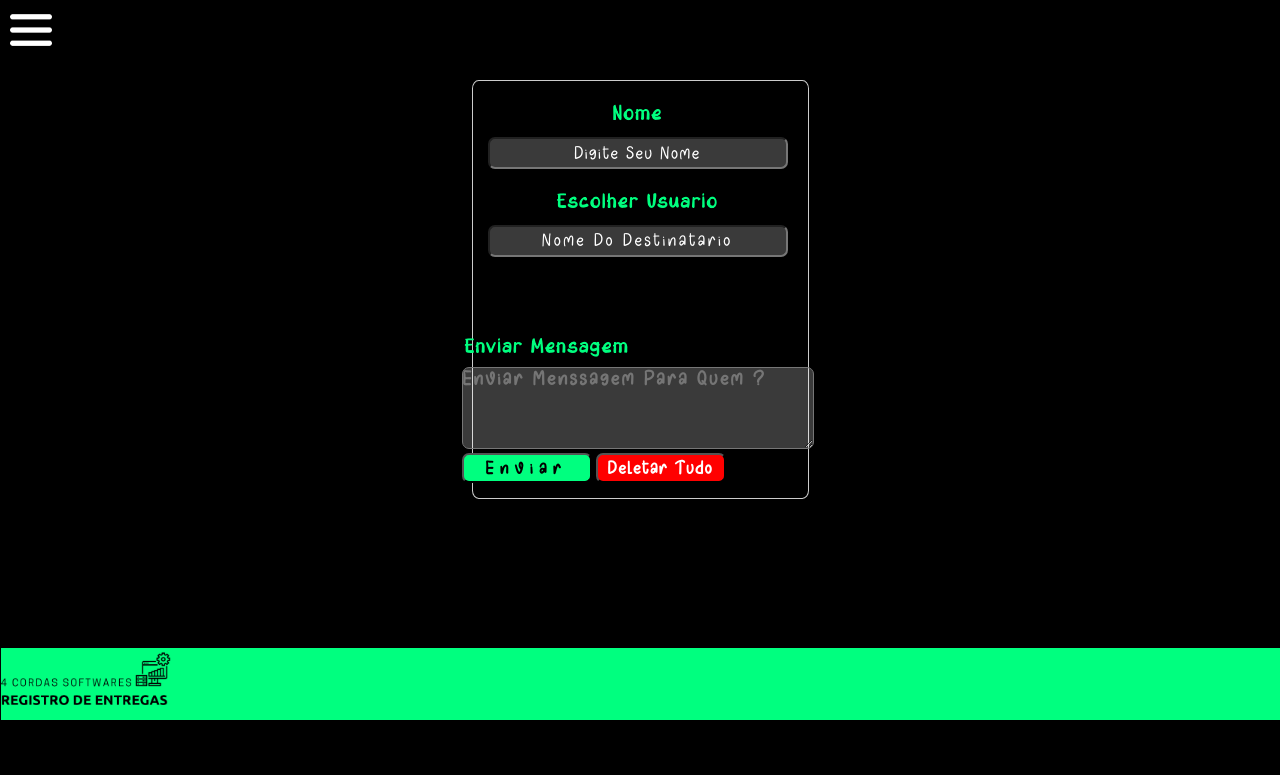
Repository: alfredo-allan/relatorioentregas
Page: pages/chatapp.html
An editor plug-in stored every save of this project. The page is shown before and after a run of saves, followed by the edit.
The browser window is 1280 px wide. The pictures show the whole page.
The page's requests for data from a server got no answer.

Above is the page before, as saved 2024-05-16 22:16:24.
Console error: TypeError: Cannot read properties of null (reading 'addEventListener')

### pages/chatapp.html
<!DOCTYPE html>
<html lang="pt-BR">
  <head>
    <meta charset="UTF-8" />
    <meta name="viewport" content="width=device-width, initial-scale=1.0" />
    <link rel="stylesheet" href="../style/mediaqueries.css" />
    <link rel="stylesheet" href="../style/styles.css" />
    <style>
      @media screen and (min-width: 800px) and (max-width: 2050px) {
        footer img {
          width: 170px;
          height: 60px;
        }
        /* Outros estilos específicos para resoluções entre 1900px e 3090px */
      }
      * {
        padding: 0;
      }

      footer {
        position: fixed;
        bottom: 0;
        width: 100%;
        background-color: #00ff7f;
        margin: 0;
        padding: 0;
        margin-left: -7px;
      }
      @media screen and (min-width: 300px) and (max-width: 600px) {
        footer {
          height: 6vh;
        }
      }

      @media screen and (min-width: 800px) and (max-width: 2050px) {
        #menu-options img {
          width: 206px;
          position: relative;
          margin: 13px;
          margin-top: -44px;
          border-bottom: 1px solid black; /* Adiciona uma linha preta na parte inferior da imagem */
        }
        #menu-options {
          width: 25%;
          height: 54vh;
        }
        footer {
          position: fixed;
          bottom: 0;
          width: 100%;
          background-color: #00ff7f;
          margin: 0;
          padding: 0;
          margin-left: -7px;
        }
      }
    </style>
    <link rel="icon" type="image/x-icon" href="../favicon.ico" />
    <title>ChatApp</title>
  </head>
  <body>
    <header id="ChatApp">
      <img id="menu-icon" src="../img/barra-de-menu.png" alt="" />
      <div id="menu-options">
        <ul>
          <span
            id="close-icon"
            style="
              color: black;
              position: absolute;
              line-height: 0;
              font-size: 30px;
              margin-top: -20px;
              cursor: pointer;
            "
            >X</span
          >
          <img src="../img/4 cordassof.png" alt="" />
          <br />
          <a href="../index.html"><li>Home</li></a>
          <a href="../cdsentregas.html"><li>Registrar Entrega</li></a>
          <a href="../pages/apagar.html"><li>Apagar Entrega</li></a>
          <a href="../pages/consultar.html"><li>Consultar Entregas</li></a>
          <a href="../pages/registrar.html"><li>Registar-Se</li></a>
          <a href="../pages/sobre.html"><li>Sobre a 4cordas</li></a>
          <a href="../pages/instrucao.html"><li>Ajuda</li></a>
        </ul>
      </div>
      <!-- <h1 id="textchat">Chat Entregas</h1> -->
      <!-- <img id="imgchat" src="../img/bater-papo.png" alt="" /> -->
    </header>
    <div id="myModal" class="modal">
      <div class="modal-content">
        <span class="close">&times;</span>
        <p>Mensagem Enviada Com Sucesso!</p>
      </div>
    </div>
    <div id="form">
      <div id="consulta" class="column">
        <span>Nome</span>
        <input id="nomeusuario" type="text" placeholder="Digite Seu Nome" />
        <span>Escolher Usuário</span>
        <input placeholder="Nome Do Destinátario" id="lstUsu" type="text" />
        <div id="msgEnviar">
      <span>Enviar Mensagem</span> <br />
      <textarea
        placeholder="Enviar Menssagem Para Quem ?"
        id="enviarMsg"
        type="text"
      ></textarea>
        <div id="btns">
          <button id="enviarmsg">Enviar</button>
          <button id="delMsg">Deletar Tudo</button>
        </div>
      </div>
    </div>
      <!-- <img id="imgEnviarmsg" src="../img/enviar-mensagem.png" alt="" /> -->
    </div>
    <footer>
      <img src="../img/4 cordassof.png" alt="" />
    </footer>
    <script>
      const inputNomeUsuario = document.getElementById("nomeusuario");

      inputNomeUsuario.addEventListener("input", () => {
        const nomeUsuario = inputNomeUsuario.value;

        fetch(`http://192.168.10.20:8033/usuarios/${nomeUsuario}`)
          .then((response) => {
            if (response.ok) {
              return response.json();
            } else {
              throw new Error("Usuário não encontrado");
            }
          })
          .then((data) => {
            console.log("Usuário encontrado:", data);
          })
          .catch((error) => {
            console.error("Erro:", error);
          });
      });
    </script>

    // Adicione este script abaixo do botão 'Selecionar' no seu HTML

    <script>
      const buttonSelecionar = document.getElementById("ctsUsu");

      buttonSelecionar.addEventListener("click", () => {
        const nomeUsuario = document.getElementById("lstUsu").value;

        fetch(`http://192.168.10.20:8033/usuarios/${nomeUsuario}`)
          .then((response) => {
            if (response.ok) {
              return response.json();
            } else {
              throw new Error("Usuário não encontrado");
            }
          })
          .then((data) => {
            console.log("Destinatário encontrado:", data);
          })
          .catch((error) => {
            console.error("Erro:", error);
          });
      });
    </script>

    // Adicione este script abaixo do botão 'Enviar' no seu HTML

    <script>
      const buttonEnviar = document.getElementById("enviarmsg");

      buttonEnviar.addEventListener("click", () => {
        const sender = document.getElementById("nomeusuario").value;
        const recipient = document.getElementById("lstUsu").value;
        const message = document.getElementById("enviarMsg").value;

        fetch("http://192.168.10.20:8033/enviar-mensagem", {
          method: "POST",
          headers: {
            "Content-Type": "application/json",
          },
          body: JSON.stringify({
            sender_username: sender,
            recipient_username: recipient,
            message: message,
          }),
        })
          .then((response) => {
            if (response.ok) {
              console.log("Mensagem enviada com sucesso");
            } else {
              throw new Error("Erro ao enviar mensagem");
            }
          })
          .catch((error) => {
            console.error("Erro:", error);
          });
      });
    </script>
    <script>
      let isTyping = false;

      // Função para verificar se o usuário está digitando
      function checkTyping() {
        const inputField = document.getElementById("enviarMsg");
        inputField.addEventListener("input", () => {
          isTyping = inputField.value.length > 0;
        });
      }

      function monitorNewMessages() {
        const nomeUsuario = document.getElementById("nomeusuario").value;

        // Lógica para buscar novas mensagens do servidor e inserir no campo msgEnviar
        fetch(`http://192.168.10.20:8033/mensagens/${nomeUsuario}`)
          .then((response) => {
            if (response.ok) {
              return response.json();
            } else {
              throw new Error("Erro ao buscar novas mensagens");
            }
          })
          .then((data) => {
            const messages = data; // Não precisamos acessar data.messages, pois a resposta do servidor já é uma lista de mensagens
            const msgEnviar = document.getElementById("msgEnviar");
            msgEnviar.innerHTML = ""; // Limpar mensagens antigas antes de adicionar as novas

            messages.forEach((message) => {
              const p = document.createElement("p");
              p.textContent = message.message; // A mensagem está no campo "message" do objeto de mensagem
              msgEnviar.appendChild(p);
            });
          })
          .catch((error) => {
            console.error("Erro ao buscar novas mensagens:", error);
          });
      }

      document.addEventListener("DOMContentLoaded", () => {
        monitorNewMessages();
      });

      // Adicionar esta função para limpar o campo de entrada após o envio de mensagem
      function limparCampoDeMensagem() {
        document.getElementById("enviarMsg").value = "";
      }
    </script>
    <script src="../script.js"></script>
  </body>
</html>

### style/mediaqueries.css
@media screen and (min-width: 300px) and (max-width: 600px) {
  footer {
    bottom: 0;
    img {
      display: none;
    }
    /* Outros estilos específicos para resoluções entre 1900px e 3090px */
  }

  @media screen and (min-width: 800px) and (max-width: 2050px) {
    footer img {
      width: 170px;
      height: 60px;
    }
  }
}

  @media screen and (min-width: 800px) and (max-width: 2050px) {
    #close-icon {
      margin-left: 250px;
    }
  }


@media screen and (min-width: 300px) and (max-width: 600px) {
  footer {
    height: 6vh;
    margin: 0;
    padding: 0;
    margin-top: 174px;
    position: absolute;
    width: 100%;
    margin-left: -7px;
  }
  #menu-options img {
    margin-top: -40px;
    border-bottom: 1px solid black; /* Adiciona uma linha preta na parte inferior da imagem */
    width: 210px;
  }
  #close-icon {
    margin-left: 224px;
  }
}

### style/styles.css
:root {
  --las-americas: "Las-americas", sans-serif;
  --gribble-font: "Gribble";
  --helootwuins-font: "HelooTwuins";
  --verde--color: #00ff7f;
}

body {
  background-color: black;
}

@font-face {
  font-family: "Las-americas";
  src: url("../fonts/las_americas/LasAmericas_PERSONAL_USE_ONLY.otf")
    format("truetype");
  /* Adicione mais formatos (e.g. woff, woff2) conforme necessário */
}

@font-face {
  font-family: "Gribble";
  src: url("../fonts/gribble/Gribble.ttf") format("truetype");
  /* Adicione mais formatos (e.g. woff, woff2) conforme necessário */
}

@font-face {
  font-family: "HelooTwuins";
  src: url("../fonts/hello_twins/HelloTwinsDEMO.otf") format("truetype");
  /* Adicione mais formatos (e.g. woff, woff2) conforme necessário */
}

header {
  img {
    width: 42px;
    margin-right: 14px;
    text-wrap: nowrap;
  }
}

footer {
  width: 100%;
  height: 10vh;
  background-color: #00ff7f;
  margin: 0;
  padding: 0;
}

img #menu-icon {
  margin-right: 20px;
  margin-left: -1%;
}

#text-top {
  text-align: center;
  font-family: var(--las-americas);
  color: white;
  letter-spacing: 1.2px;
  margin-top: 30px;
  font-size: 40px;
}

#delivery {
  color: red;
  font-family: var(--gribble-font);
  letter-spacing: 3px;
  font-size: 25px;
  font-weight: 900;
  color: var(--verde--color);
}

.column {
  display: flex;
  flex-direction: column;
  align-items: center;
  padding: 10px 20px 15px 15px;
  border: 1px solid #ccc;
  border-radius: 2%;
  width: 300px;
  margin: 0 auto;
  margin-top: -100px;
}

#form {
  border-radius: 2%;
  margin-top: 110px;
  margin-bottom: 250px;
  span {
    color: #00ff7f;
    font-family: var(--gribble-font);
    font-size: 20px;
    letter-spacing: 2px;
    font-weight: 600;
  }
}

input {
  text-align: center;
  margin-bottom: 5px;
  padding: 5px;
  width: 100%;
  box-sizing: border-box;
  font-weight: 600;
  margin-bottom: 10px;
  background-color: rgba(255, 255, 255, 0.226);
  color: white;
  font-family: var(--helootwuins-font);
  letter-spacing: 2px;
  font-size: 18px;
  border-radius: 7px;
}

input::placeholder {
  text-align: center;
  color: white;
  font-family: var(--helootwuins-font);
  font-weight: 400;
  font-size: 18px;
}

button {
  width: 130px;
  height: 30px;
  border-radius: 2%;
  background-color: var(--verde--color);
  font-family: var(--helootwuins-font);
  font-size: 18px;
  letter-spacing: 7px;
  font-weight: 900;
  border-radius: 7px;
}

#confirmButton {
  margin-left: 8px;
  margin-right: 20px;
}

#menu-icon {
  cursor: pointer;
  margin: 15px;
  margin-left: 2px;
  margin-top: 1px;
}

#menu-options {
  text-wrap: nowrap;
  display: none;
  position: absolute;
  top: 0;
  left: 0;
  margin-top: 0px;
  width: 70%;
  height: 70vh;
  background-color: #00ff7f;
  color: white;
  font-family: var(--gribble-font);
  font-weight: 900;
  border-bottom-right-radius: 10%;
  color: black;
  letter-spacing: 2px;
  z-index: 999;
  li {
    margin-top: 3px;
  }
}

a {
  text-decoration: none; /* Remove o sublinhado */
  color: black;
}

#menu-options ul {
  list-style: none;
  padding: 0;
  margin-left: 10px;
  font-size: 20px;
  margin-top: 40px;
}

#menu-options ul li {
  padding: 10px;
  /* margin: 10px; */
  text-wrap: nowrap;
  /* border-bottom: 1px solid white; */
}

#modal {
  background: black;
  text-align: center;
}

.modal {
  display: none; /* Escondido por padrão */
  position: fixed;
  z-index: 1;
  left: 0;
  top: 0;
  width: 100%;
  height: 100%;
  overflow: auto;
  background-color: rgba(0, 0, 0, 0.4);
}

.modal-content {
  background-color: #fefefe;
  margin: 15% auto;
  padding: 20px;
  border: 2px solid #888;
  width: 80%;
  border-radius: 10px;
  background-color: black;
  p {
    margin-top: 30px;
    text-align: left;
    text-wrap: nowrap;
    font-family: var(--gribble-font);
    letter-spacing: 3px;
    font-weight: 600;
    font-size: 20px;
    color: var(--verde--color);
  }
}

.close {
  color: #aaa;
  float: right;
  font-size: 28px;
  font-weight: bold;
}

.close:hover,
.close:focus {
  color: black;
  text-decoration: none;
  cursor: pointer;
}

#data-list {
  margin: 0 auto;
  left: 50%;
  transform: translateX(-50%);
  margin: 0 auto;
  left: 50%;
  top: 60%;
  transform: translate(-50%, -50%);
  /* border: 1px solid var(--cor-azul); */
  color: var(--verde--color);
  border-radius: 5px;
  height: 340px;
  overflow-y: auto;
  position: absolute;
  z-index: -1;
  margin-top: 110px;
  margin-left: 0px;
  width: 336px;
  list-style: none;
  .name {
    font-family: var(--helootwuins-font);
    font-weight: 900;
    font-size: 20px;
    letter-spacing: 1px;
  }
  .item {
    font-family: var(--helootwuins-font);
    font-weight: 500;
    font-size: 20px;
    color: white;
    letter-spacing: 1px;
  }
}

#data-list {
  width: 340px;
  height: 180px;
  overflow: auto;
  /* border: 1px solid black; */
  /* scrollbar-color: var(--verde--color) var(--verde--color); */
}

#data-list img {
  width: 25px;
  margin-left: 15px;
  margin-right: 0px;
}

#data-list::-webkit-scrollbar {
  width: 10px; /* Largura da barra de rolagem */
}

#data-list::-webkit-scrollbar-thumb {
  background-color: white; /* Cor da barra de rolagem */
  border-radius: 5px; /* Raio de borda da barra de rolagem */
}

#texto-descritivo {
  text-align: justify;
  margin-top: 200px;
  position: fixed;
  font-family: var(--luthier-font);
  letter-spacing: 3px;
  line-height: 2;
  margin-right: 8px;
  font-weight: 900;
  color: var(--verde--color);
}

.name {
  font-family: var(--gribble-font);
  font-weight: 900;
  font-size: 17px;
}
.item {
  font-family: var(--helootwuins-font);
  font-weight: 500;
  font-size: 15;
  color: white;
}

#textchat {
  font-family: var(--las-americas);
  color: white;
  letter-spacing: 10px;
  margin-left: 10px;
  font-size: 40px;
  margin-top: 6px;
}

#imgchat {
  width: 60px;
  position: absolute;
  margin-left: 295px;
  margin-top: -60px;
}

#message {
  input {
    width: 220px;
  }
}

#login {
  width: 226px;
  margin-top: 50px;
  input {
    font-family: var(--gribble-font);
    letter-spacing: 3px;
  }
}

span {
  color: var(--verde--color);
  font-family: var(--gribble-font);
  font-size: 20px;
  padding: 3px;
  line-height: 2;
  letter-spacing: 3px;
  font-weight: 900;
}

#msgInput {
  width: 220px;
  height: 80px;
  background-color: rgba(255, 255, 255, 0.226);
  border-radius: 7px;
  font-family: var(--helootwuins-font);
  font-size: 17px;
  letter-spacing: 3px;
  color: var(--verde--color);
  font-weight: 600;
}

#enviarMsg {
  width: 350px;
  height: 80px;
  background-color: rgba(255, 255, 255, 0.226);
  border-radius: 7px;
  font-family: var(--helootwuins-font);
  font-size: 17px;
  letter-spacing: 3px;
  color: white;
  font-weight: 600;
}

#msgEnviar {
  margin-top: 60px;
}

#enviarMsg {
  letter-spacing: 3px;
  outline: none;
  font-size: 20px;
}

/* #enviarmsg {
  margin-top: 93px;
  position: absolute;
  margin-left: -330px;
} */

#delMsg {
  letter-spacing: 2px;
  background-color: red;
  color: white;
}

#imgEnviarmsg {
  width: 35px;
  margin-left: 11px;
  position: absolute;
}

#textRegister {
  font-family: var(--las-americas);
  color: white;
  letter-spacing: 3px;
  margin-top: 10px;
  text-align: center;
  letter-spacing: 3px;
}

/* #lstUsu {
  width: 226px;
  position: absolute;
  margin-top: -38px;
} */

input#lstUsu {
  font-family: var(--gribble-font);
  letter-spacing: 3px;
}

#ctsUsu {
  position: absolute;
  margin-left: 0px;
  margin-top: 0px;
  line-height: 1px;
}

#utlizador {
  position: fixed;
  width: 35px;
  margin-left: 13px;
}

#msgEntrada {
  width: 35px;
  position: absolute;
  margin-left: 13px;
}

#multiUsu {
  position: absolute;
  width: 35px;
  margin-left: 238px;
  margin-top: -34px;
  margin-top: -21px;
}

#close-icon {
  color: black;
  position: absolute;
  line-height: 0; font-size: 30px;
  margin-top: -20px; cursor: pointer;
}

### script.js
const menuIcon = document.getElementById("menu-icon");
const menuOptions = document.getElementById("menu-options");
const closeIcon = document.getElementById("close-icon");

menuIcon.addEventListener("click", function () {
  if (menuOptions.style.display === "none") {
    menuOptions.style.display = "block";
  } else {
    menuOptions.style.display = "none";
  }
});

closeIcon.addEventListener("click", function () {
  menuOptions.style.display = "none";
});

//input data pagina index e registro
document.getElementById("data-entrega").value = new Date()
  .toISOString()
  .slice(0, 10);
var currentDate = new Date().toISOString().slice(0, 10);
var formattedDate = currentDate.split("-").reverse().join("/");
document.getElementById("data-entrega").value = formattedDate;
document.getElementById("data-entrega").addEventListener("input", formatarData);

After the next 6 saves:
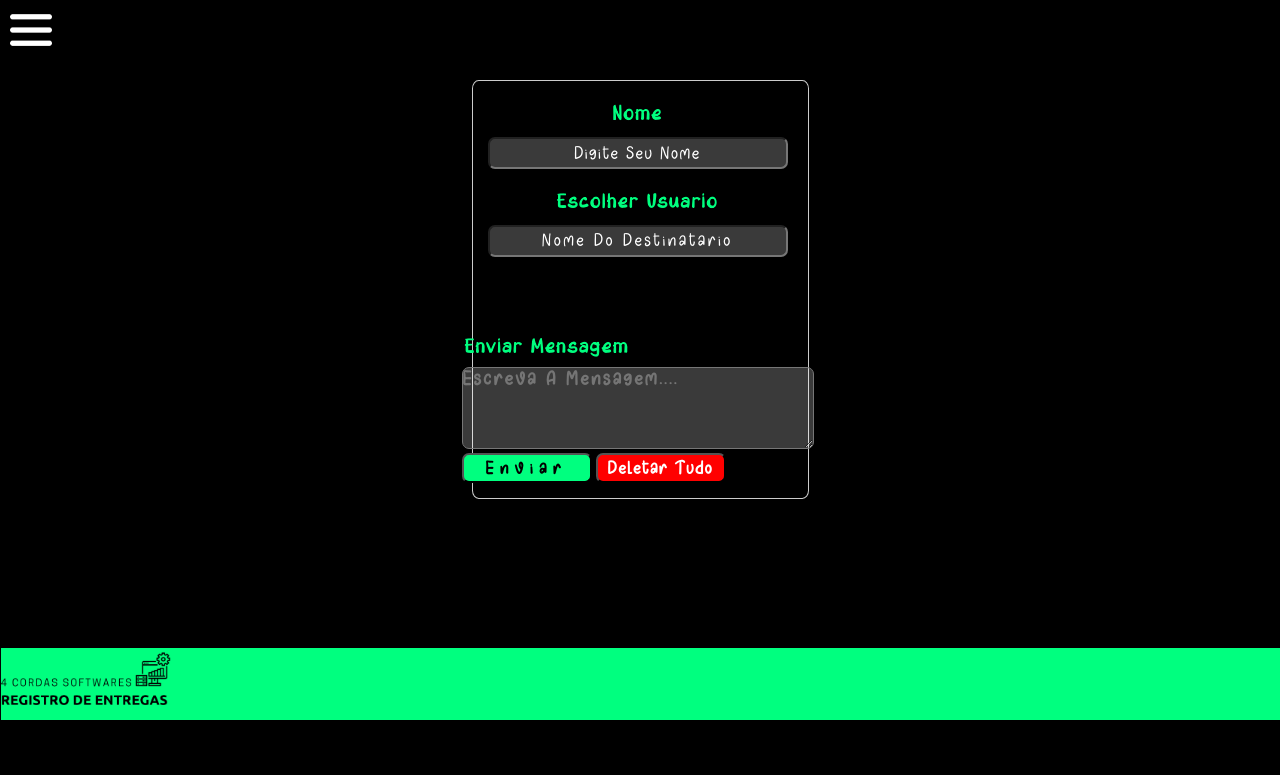
The 6 saves are shown as one change because they came seconds apart.
The last was saved 25 s later.
--- a/pages/chatapp.html
+++ b/pages/chatapp.html
@@ -104,7 +104,7 @@
         <div id="msgEnviar">
       <span>Enviar Mensagem</span> <br />
       <textarea
-        placeholder="Enviar Menssagem Para Quem ?"
+        placeholder="Escreva A Mensagem...."
         id="enviarMsg"
         type="text"
       ></textarea>
